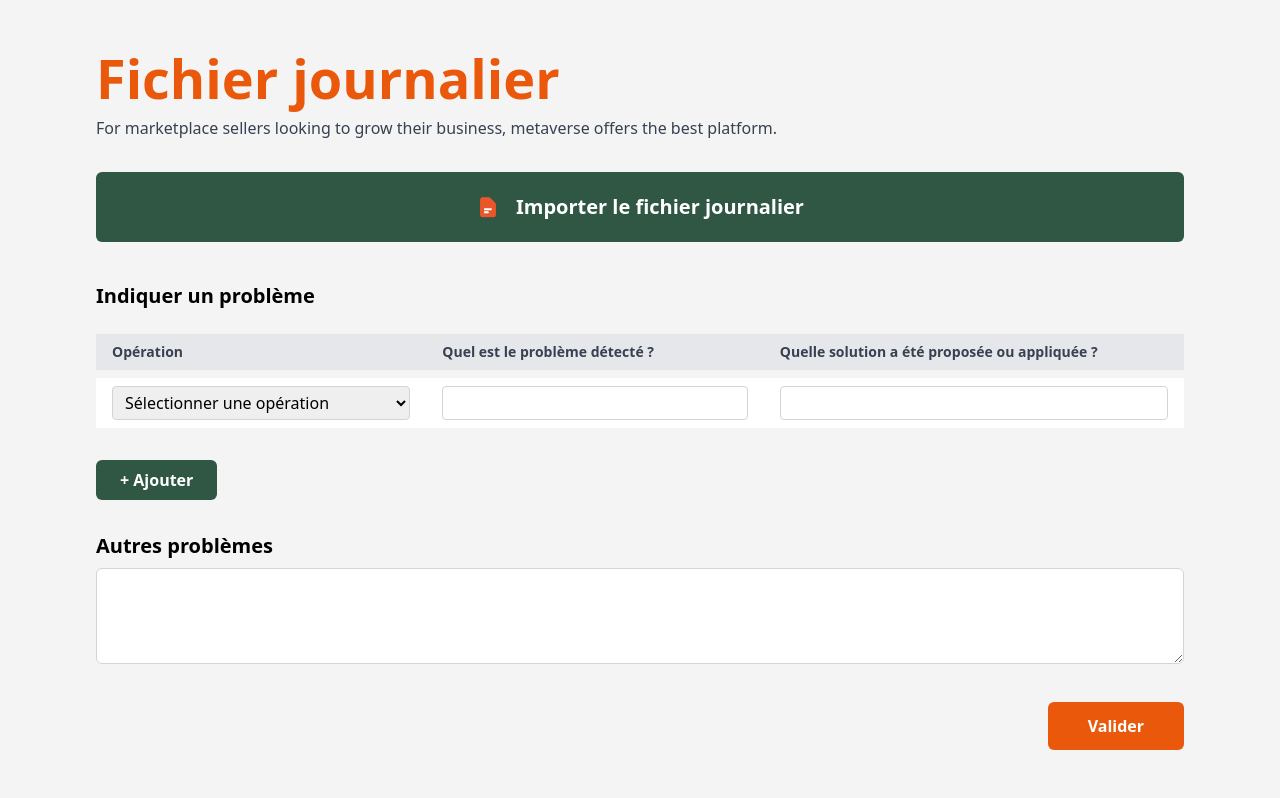
Repository: 123455675848484848484884848484/Projet_2cs
Page: /file (app in front/)
An editor plug-in stored every save of this project. The page is shown before and after the next save, followed by the edit.
The browser window is 1280 px wide. The pictures show the whole page.
The project was rebuilt for these pictures with package versions that can differ from the ones it lists, and the page was loaded fresh each time. Also part of the build but not shown: front/src/App.css, front/src/LancerPuit.jsx, front/src/InformationPuit.jsx, front/src/Login.jsx, front/src/MesPuits.jsx, front/src/PhasesPrevision.jsx, front/src/OperationsPrevision.jsx.

Above is the page before, as saved 2025-04-24 10:47:32.

After the next save:
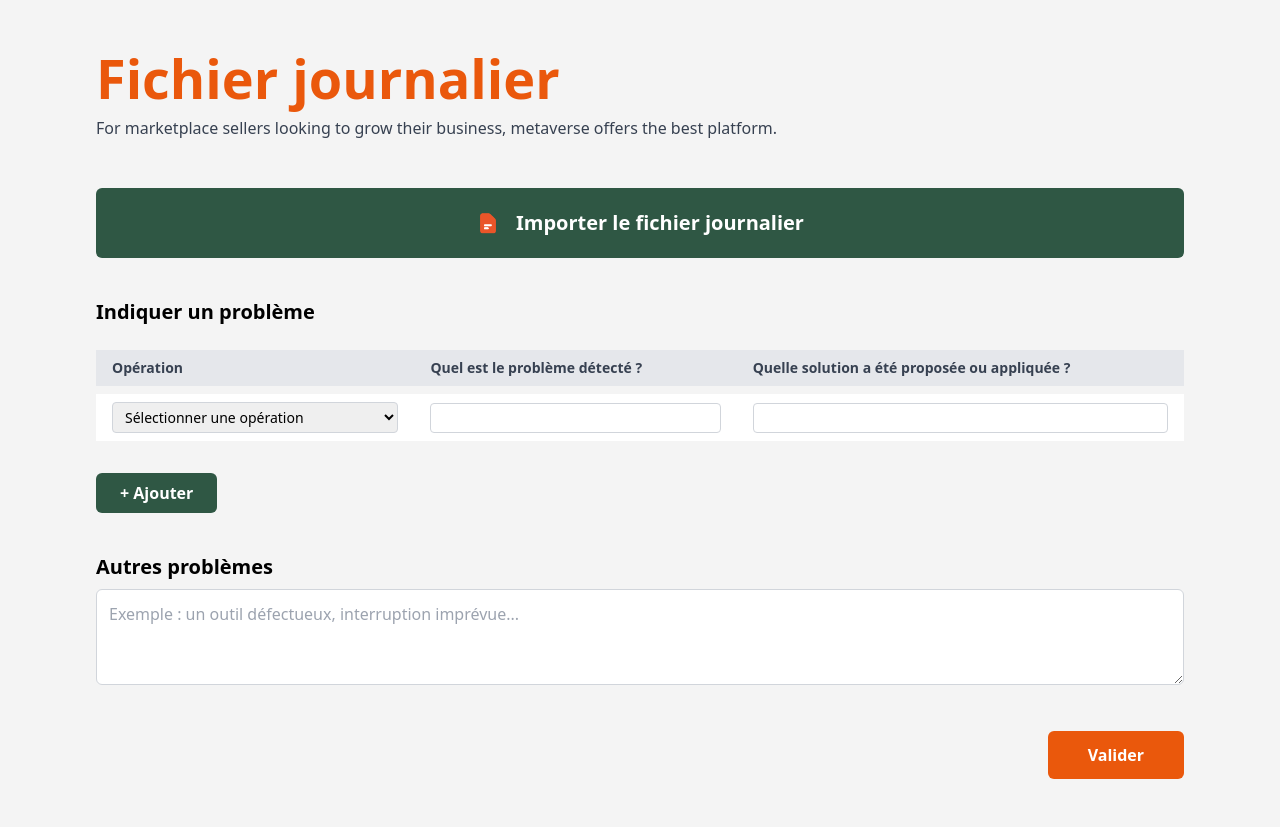
Saved 3 min 51 s later.
--- a/front/src/FichierJournalier.jsx
+++ b/front/src/FichierJournalier.jsx
@@ -23,18 +23,31 @@
 
   return (
     <div className="min-h-screen px-24 py-12 bg-[#f4f4f4]">
+      {/* Titre et description */}
       <h1 className="text-[54px] font-bold text-orange-600 leading-[60px] mb-2">
         Fichier journalier
       </h1>
-      <p className="text-gray-700 mb-8">
+      <p className="text-gray-700 mb-12 max-w-[700px]">
         For marketplace sellers looking to grow their business, metaverse offers the best platform.
       </p>
 
-      <div className="bg-[#2f5744] text-white text-center text-[20px] font-semibold py-5 rounded-md flex justify-center items-center gap-4 mb-10">
+      {/* Importation du fichier */}
+      <label
+        htmlFor="file-upload"
+        className="bg-[#2f5744] text-white text-center text-[20px] font-semibold py-5 rounded-md flex justify-center items-center gap-4 mb-10 cursor-pointer hover:bg-[#254334] transition"
+      >
         <img src="/file.png" alt="icon" className="w-6 h-6" />
         Importer le fichier journalier
-      </div>
+        <input
+          id="file-upload"
+          type="file"
+          className="hidden"
+          accept=".csv,.xlsx,.xls,.pdf,.txt"
+          onChange={(e) => console.log("Fichier importé:", e.target.files[0])}
+        />
+      </label>
 
+      {/* Formulaire des problèmes */}
       <h2 className="text-xl font-semibold mb-4">Indiquer un problème</h2>
       <div className="overflow-x-auto mb-6">
         <table className="w-full text-left border-separate border-spacing-y-2">
@@ -50,7 +63,7 @@
               <tr key={index} className="bg-white rounded-md">
                 <td className="px-4 py-2">
                   <select
-                    className="w-full border border-gray-300 rounded px-2 py-1"
+                    className="w-full border border-gray-300 rounded px-2 py-1 text-sm"
                     value={row.operation}
                     onChange={(e) => handleChange(index, "operation", e.target.value)}
                   >
@@ -67,7 +80,7 @@
                     type="text"
                     value={row.probleme}
                     onChange={(e) => handleChange(index, "probleme", e.target.value)}
-                    className="w-full border border-gray-300 rounded px-2 py-1"
+                    className="w-full border border-gray-300 rounded px-2 py-1 text-sm"
                   />
                 </td>
                 <td className="px-4 py-2">
@@ -75,7 +88,7 @@
                     type="text"
                     value={row.solution}
                     onChange={(e) => handleChange(index, "solution", e.target.value)}
-                    className="w-full border border-gray-300 rounded px-2 py-1"
+                    className="w-full border border-gray-300 rounded px-2 py-1 text-sm"
                   />
                 </td>
               </tr>
@@ -84,21 +97,24 @@
         </table>
       </div>
 
+      {/* Bouton ajouter */}
       <button
         onClick={handleAddRow}
-        className="bg-[#2f5744] text-white font-semibold px-6 py-2 rounded-md mb-8"
+        className="bg-[#2f5744] text-white font-semibold px-6 py-2 rounded-md mb-10 hover:bg-[#254334] transition"
       >
         + Ajouter
       </button>
 
+      {/* Autres problèmes */}
       <h2 className="text-xl font-semibold mb-2">Autres problèmes</h2>
       <textarea
-        className="w-full h-24 border border-gray-300 rounded-md p-3 mb-8"
-        placeholder=""
+        className="w-full h-24 border border-gray-300 rounded-md p-3 mb-10"
+        placeholder="Exemple : un outil défectueux, interruption imprévue..."
         value={autresProblemes}
         onChange={(e) => setAutresProblemes(e.target.value)}
       ></textarea>
 
+      {/* Bouton Valider */}
       <div className="flex justify-end">
         <button
           onClick={handleSubmit}

After the save that followed:
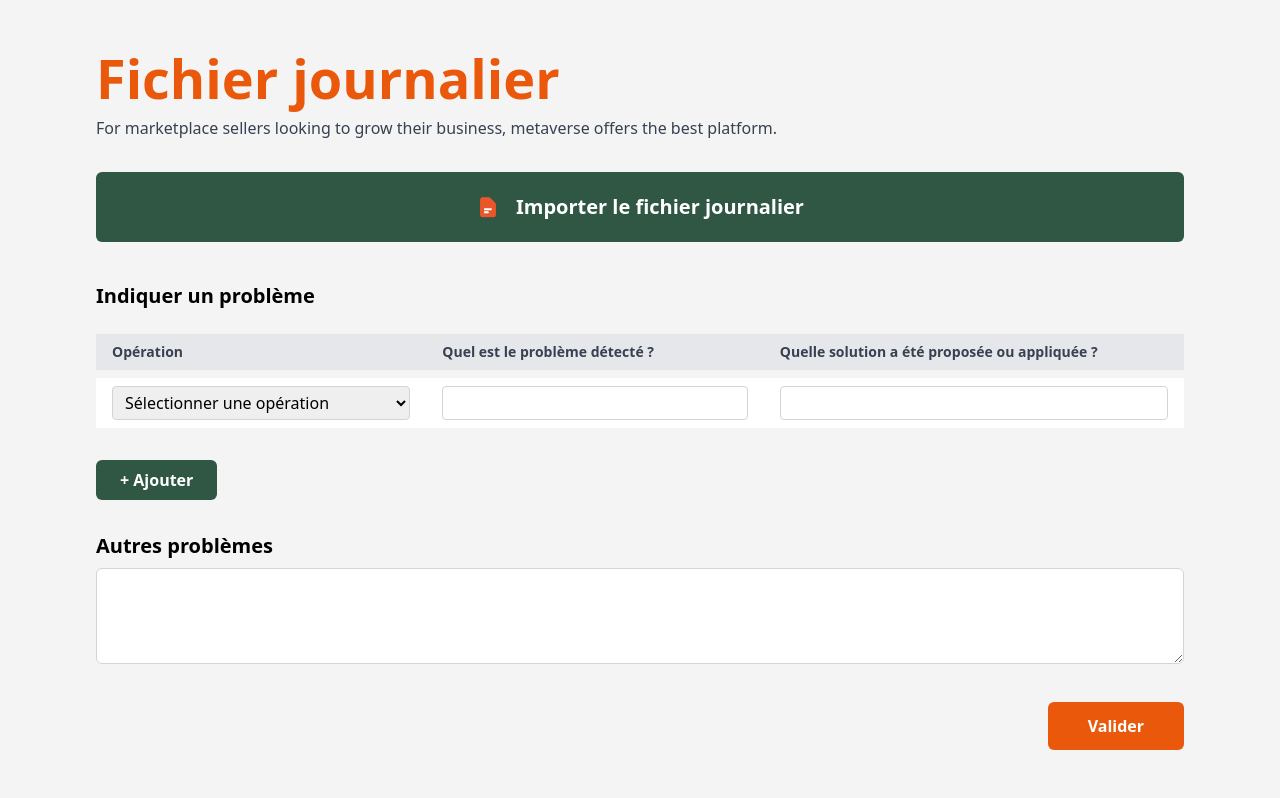
Saved 101 s later.
--- a/front/src/FichierJournalier.jsx
+++ b/front/src/FichierJournalier.jsx
@@ -16,6 +16,13 @@
     setProblems([...problems, { operation: "", probleme: "", solution: "" }]);
   };
 
+  const handleFileChange = (e) => {
+    const file = e.target.files[0];
+    if (file) {
+      console.log("Fichier importé:", file.name);
+    }
+  };
+
   const handleSubmit = () => {
     console.log("Problèmes:", problems);
     console.log("Autres:", autresProblemes);
@@ -23,31 +30,19 @@
 
   return (
     <div className="min-h-screen px-24 py-12 bg-[#f4f4f4]">
-      {/* Titre et description */}
       <h1 className="text-[54px] font-bold text-orange-600 leading-[60px] mb-2">
         Fichier journalier
       </h1>
-      <p className="text-gray-700 mb-12 max-w-[700px]">
+      <p className="text-gray-700 mb-8">
         For marketplace sellers looking to grow their business, metaverse offers the best platform.
       </p>
 
-      {/* Importation du fichier */}
-      <label
-        htmlFor="file-upload"
-        className="bg-[#2f5744] text-white text-center text-[20px] font-semibold py-5 rounded-md flex justify-center items-center gap-4 mb-10 cursor-pointer hover:bg-[#254334] transition"
-      >
+      <label htmlFor="fileInput" className="cursor-pointer bg-[#2f5744] text-white text-center text-[20px] font-semibold py-5 rounded-md flex justify-center items-center gap-4 mb-10">
         <img src="/file.png" alt="icon" className="w-6 h-6" />
         Importer le fichier journalier
-        <input
-          id="file-upload"
-          type="file"
-          className="hidden"
-          accept=".csv,.xlsx,.xls,.pdf,.txt"
-          onChange={(e) => console.log("Fichier importé:", e.target.files[0])}
-        />
+        <input type="file" id="fileInput" onChange={handleFileChange} className="hidden" />
       </label>
 
-      {/* Formulaire des problèmes */}
       <h2 className="text-xl font-semibold mb-4">Indiquer un problème</h2>
       <div className="overflow-x-auto mb-6">
         <table className="w-full text-left border-separate border-spacing-y-2">
@@ -63,7 +58,7 @@
               <tr key={index} className="bg-white rounded-md">
                 <td className="px-4 py-2">
                   <select
-                    className="w-full border border-gray-300 rounded px-2 py-1 text-sm"
+                    className="w-full border border-gray-300 rounded px-2 py-1"
                     value={row.operation}
                     onChange={(e) => handleChange(index, "operation", e.target.value)}
                   >
@@ -80,7 +75,7 @@
                     type="text"
                     value={row.probleme}
                     onChange={(e) => handleChange(index, "probleme", e.target.value)}
-                    className="w-full border border-gray-300 rounded px-2 py-1 text-sm"
+                    className="w-full border border-gray-300 rounded px-2 py-1"
                   />
                 </td>
                 <td className="px-4 py-2">
@@ -88,7 +83,7 @@
                     type="text"
                     value={row.solution}
                     onChange={(e) => handleChange(index, "solution", e.target.value)}
-                    className="w-full border border-gray-300 rounded px-2 py-1 text-sm"
+                    className="w-full border border-gray-300 rounded px-2 py-1"
                   />
                 </td>
               </tr>
@@ -97,24 +92,21 @@
         </table>
       </div>
 
-      {/* Bouton ajouter */}
       <button
         onClick={handleAddRow}
-        className="bg-[#2f5744] text-white font-semibold px-6 py-2 rounded-md mb-10 hover:bg-[#254334] transition"
+        className="bg-[#2f5744] text-white font-semibold px-6 py-2 rounded-md mb-8"
       >
         + Ajouter
       </button>
 
-      {/* Autres problèmes */}
       <h2 className="text-xl font-semibold mb-2">Autres problèmes</h2>
       <textarea
-        className="w-full h-24 border border-gray-300 rounded-md p-3 mb-10"
-        placeholder="Exemple : un outil défectueux, interruption imprévue..."
+        className="w-full h-24 border border-gray-300 rounded-md p-3 mb-8"
+        placeholder=""
         value={autresProblemes}
         onChange={(e) => setAutresProblemes(e.target.value)}
       ></textarea>
 
-      {/* Bouton Valider */}
       <div className="flex justify-end">
         <button
           onClick={handleSubmit}
